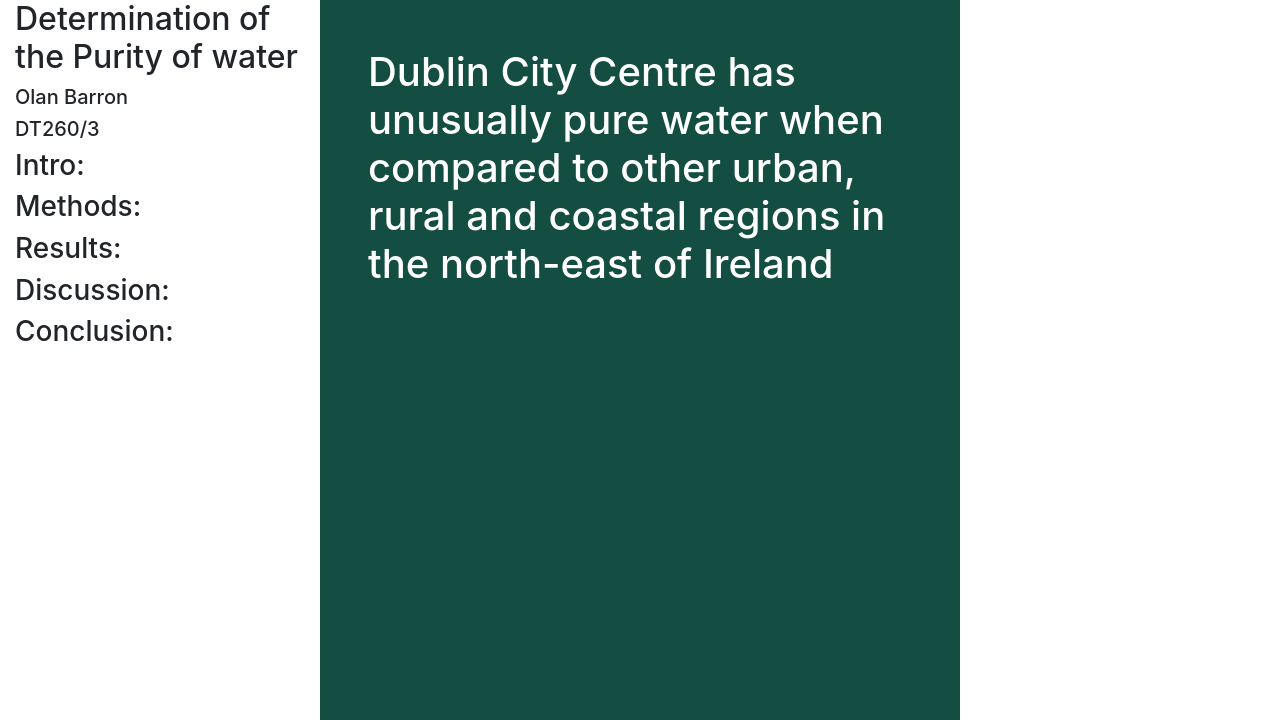
Repository: Olan1/project_poster
Page: index.html
The author's editor kept a record of every edit. The page is drawn from the files as they stood at one moment, then again after the next edit.
The browser window is 1280 px wide. The pictures show the whole page.

Above is the page before.

### index.html
<!DOCTYPE html>
<html lang="en">

<head>
    <meta charset="UTF-8">
    <meta name="viewport" content="width=device-width, initial-scale=1.0">
    <meta http-equiv="X-UA-Compatible" content="ie=edge">

    <!-- Bootstrap -->
    <link rel="stylesheet" href="https://stackpath.bootstrapcdn.com/bootstrap/4.4.1/css/bootstrap.min.css" integrity="sha384-Vkoo8x4CGsO3+Hhxv8T/Q5PaXtkKtu6ug5TOeNV6gBiFeWPGFN9MuhOf23Q9Ifjh" crossorigin="anonymous">

    <!-- Local CSS -->
    <link rel="stylesheet" href="static/style.css" type="text/css" />

    <title>Purity of Water</title>
</head>

<body>
    <div class="container-fluid">
        <div class="row">
            <div class="col-3">
                <h2>Determination of the Purity of water</h2>
                <h5>Olan Barron</h5>
                <h5>DT260/3</h5>

                <h3>Intro:</h3>
                <h3>Methods:</h3>
                <h3>Results:</h3>
                <h3>Discussion:</h3>
                <h3>Conclusion:</h3>
            </div>
            <div class="col-6 bg-green p-0">
                <h1 class="white-text center-text center-align m-5">Dublin City Centre has unusually pure water when compared to other urban, rural and coastal regions in the north-east of Ireland</h1>
            </div>
            <div class="col-3">

            </div>
        </div>
    </div>


    <script src="https://cdnjs.cloudflare.com/ajax/libs/jquery/3.5.0/jquery.min.js"></script>
    <script src="https://cdn.jsdelivr.net/npm/popper.js@1.16.0/dist/umd/popper.min.js" integrity="sha384-Q6E9RHvbIyZFJoft+2mJbHaEWldlvI9IOYy5n3zV9zzTtmI3UksdQRVvoxMfooAo" crossorigin="anonymous"></script>
    <script src="https://stackpath.bootstrapcdn.com/bootstrap/4.4.1/js/bootstrap.min.js" integrity="sha384-wfSDF2E50Y2D1uUdj0O3uMBJnjuUD4Ih7YwaYd1iqfktj0Uod8GCExl3Og8ifwB6" crossorigin="anonymous"></script>
</body>

</html>

### assets/css/style.css
body,
.container-fluid,
.row {
    height: 100vh;
}

.bg-green {
    background-color: #144D41;
}

.white-text {
    color: #ffffff;
}

.justify {
    text-align: justify;
}

After the next edit:
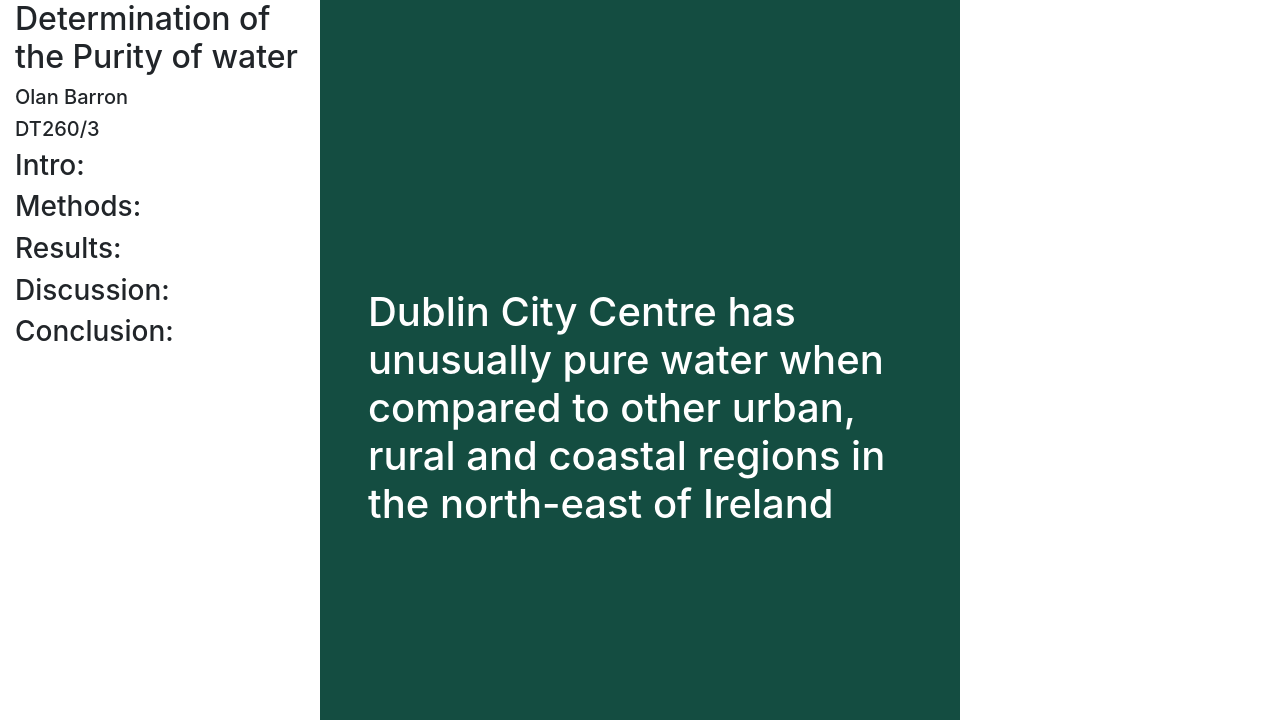
The edit:
--- a/assets/css/style.css
+++ b/assets/css/style.css
@@ -15,3 +15,9 @@
 .justify {
     text-align: justify;
 }
+
+.center-align {
+    position: relative;
+    top: 50%;
+    transform: translate(0, -50%);
+}
